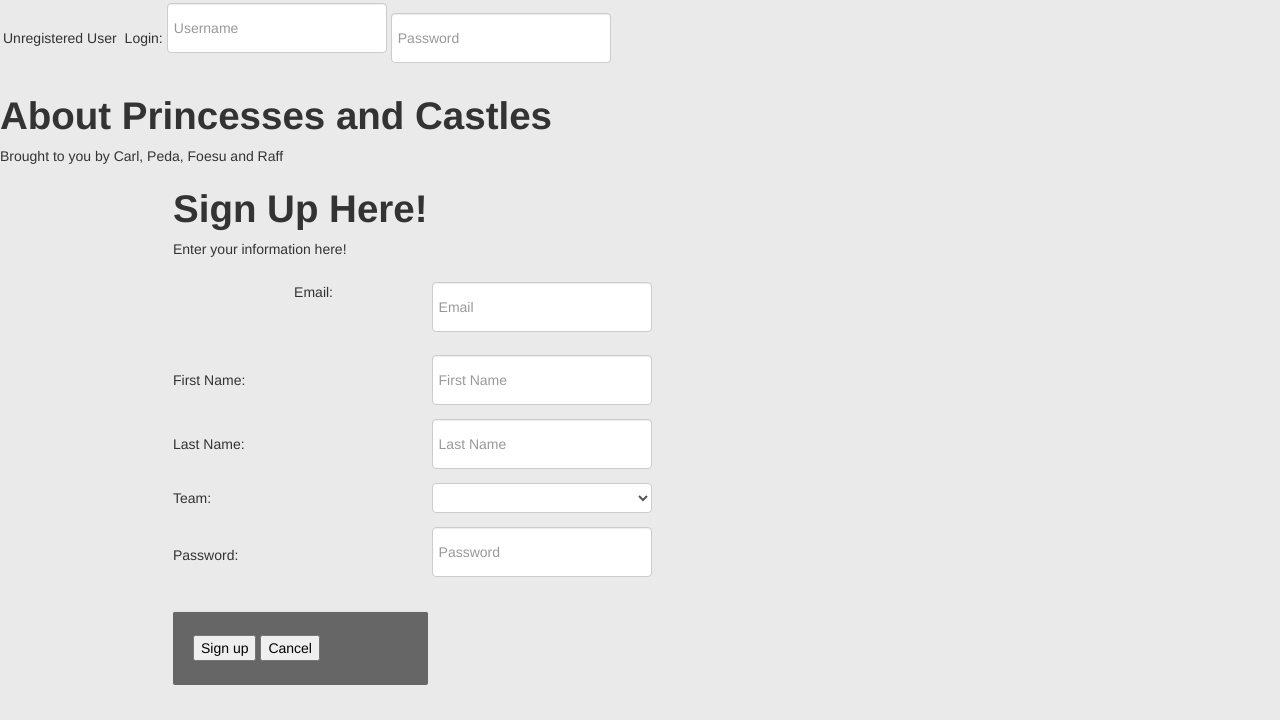
Repository: ese-unibe-ch/ese2014-team2
Page: http://localhost/Skeleton/pages/register.jsp
These files come from the project's save history. The page is drawn as it stood at one moment and after the next save; the edit follows.
The browser window is 1280 px wide. The pictures show the whole page.
Some web libraries are served in a nearby version. The page is served by Tomcat 9. Nobody is signed in. The application's start-up code is not run. Other server files are loaded and not shown. The template is opened directly, without the code that normally fills it, so the values that code supplies are empty.

Above is the page before, as saved 2014-10-16 11:31:07.
Console error (its wording comes from the project's code and is left out).

### Skeleton/src/main/webapp/pages/register.jsp
<%@ page language="java" pageEncoding="UTF-8" contentType="text/html;charset=utf-8" %>
<%@ taglib prefix="c" uri="http://java.sun.com/jsp/jstl/core" %>
<%@ taglib prefix="form" uri="http://www.springframework.org/tags/form" %>
<%@ taglib prefix="spring" uri="http://www.springframework.org/tags" %>


<c:import url="template/header.jsp" />


<div class="main">
<table class="signupform">
	<tr>
		<td><h1>Sign Up Here!</h1>
			<p>Enter your information here!</p>
		<td>
	</td>
	<tr>
		<td><form:form method="post" modelAttribute="signupForm" action="create" id="signupForm" cssClass="form-horizontal"  autocomplete="off">
    			<fieldset>


        				<c:set var="emailErrors"><form:errors path="email"/></c:set>
        					<div class="control-group<c:if test="${not empty emailErrors}"> error</c:if>">
           						 <label class="control-label" for="field-email">Email:</label>
		<td><div class="controls">
                	<form:input path="email" id="field-email" tabindex="1" maxlength="45" placeholder="Email"/>
                	<form:errors path="email" cssClass="help-inline" element="span"/>
            	</div>
	</td>
	<tr>
		<td><c:set var="firstNameErrors"><form:errors path="firstName"/></c:set>
        		<div class="control-group<c:if test="${not empty firstNameErrors}"> error</c:if>">
            		<label class="control-label" for="field-firstName">First Name:</label>
		<td><div class="controls">
                <form:input path="firstName" id="field-firstName" tabindex="2" maxlength="35" placeholder="First Name"/>
                <form:errors path="firstName" cssClass="help-inline" element="span"/>
            </div>
        </div>
	</td>
	<tr>
		<td><c:set var="lastNameErrors"><form:errors path="lastName"/></c:set>
        <div class="control-group<c:if test="${not empty lastNameErrors}"> error</c:if>">
            <label class="control-label" for="field-lastName">Last Name:</label>
		<td><div class="controls">
                <form:input path="lastName" id="field-lastName" tabindex="3" maxlength="35" placeholder="Last Name"/>
                <form:errors path="lastName" cssClass="help-inline" element="span"/>
            </div>
        </div>
	</td>
	<tr>
		<td><label class="control-label" for="field-teamList">Team:</label>
        <div class="control-group">
		<td><form:select path="teamName">
     			<c:forEach items="${teams}" var="teams">
      				<option value="${teams.teamName}">
      				 	<c:out value="${teams.teamName}" />
      				</option>
     			</c:forEach>
    		</form:select>
   		</div>
	</td>
	<tr>
		<td><div class="control-label">
   			<label class="control-label" for="field-password">Password:</label>
		<td>	<form:password path="password" id="field-password" tabindex="4" maxlength="35" placeholder="Password"/>
   		</div>
	</td>
	<tr>
		<td><div class="form-actions">
            <button type="submit" class="btnblue">Sign up</button>
            <button type="button" class="btnred">Cancel</button>
        </div>
    </fieldset>
</form:form>
		<td>
	</td>

</table>



</div>





















	<c:if test="${page_error != null }">
        <div class="alert alert-error">
            <button type="button" class="close" data-dismiss="alert">&times;</button>
            <h4>Error!</h4>
                ${page_error}
        </div>
    </c:if>


<c:import url="template/footer.jsp" />

### Skeleton/src/main/webapp/pages/template/header.jsp
<!DOCTYPE html>
<html lang="en">
<head>

    	<meta charset="utf-8">

    	<title>About Princesses and Castles</title>

    	<link rel="stylesheet" type="text/css" href="css/stylesheet.css" media="all"/>
    	<script type="text/javascript"  src="dn.com/bootstrap/3.2.0/js/bootstrap.min.js"></script>
    	<script type="text/javascript" src="http://code.jquery.com/jquery-2.1.1.min.js"></script>

    	<!-- HTML5 shim, for IE6-8 support of HTML5 elements -->
    	<!--[if lt IE 9]>
    	<script src="http://html5shim.googlecode.com/svn/trunk/html5.js"></script>
    	<![endif]-->
<!--   WASTE!
    	<style>
        	body {
         	   padding-top: 60px; /* 60px to make the container go all the way to the bottom of the topbar */
        	}
    	</style>
    -->
</head>
<body>
<div id="loginbar">
	<table>
		<tr>
			<td><p>Unregistered User</p>
			<td>
			<td><p>Login:</p>
			<td><form action="login.jsp" method="POST">
					<input type="text" path="username" id="field-username" tabindex="1" maxlength="35" placeholder="Username"/>
			<td>	<input type="password" path="password" id="field-username" tabindex="2" maxlength="35" placeholder="Password"/>
				</form>
	</table>




</div>
<div id="header">
	<div id="header_wrapper">
		<title>About Princesses and Castles</title>
		<h1>About Princesses and Castles</h1>
    	<p>Brought to you by Carl, Peda, Foesu and Raff</p>
    </div>
</div>	<!--  END OF #header -->



<div id="container_background">
	<div class="container">

### Skeleton/src/main/webapp/pages/template/footer.jsp
	</div> <!-- END OF CONTAINER -->
</div> <!--  END OF CONTAINER_BACKGROUND -->
<div id="push"></div>
<div id="footer_wrapper">
	<div id="footer">
		<div id="socialmedia">
					<table>
						<tr>
							<td><a href="http://www.facebook.com" target="_blank"><div id="facebook"></div></a></td>
							<td><a href="http://www.twitter.com" target="_blank"><div id="twitter"></div></a></td>
							<td><a href="http://www.plus.google.com" target="_blank"><div id="gplus"></div></a></td>
							<td><a href="" target="_blank"><div id="rss"></div></a></td>
						</tr>
					</table>
			</div>
	</div>
</div>
</body>
</html>

Loaded but not shown: Skeleton/src/main/webapp/js/bootstrap.min.js (library); Skeleton/src/main/webapp/css/stylesheet.css (2278 lines, source omitted)

After the next save:
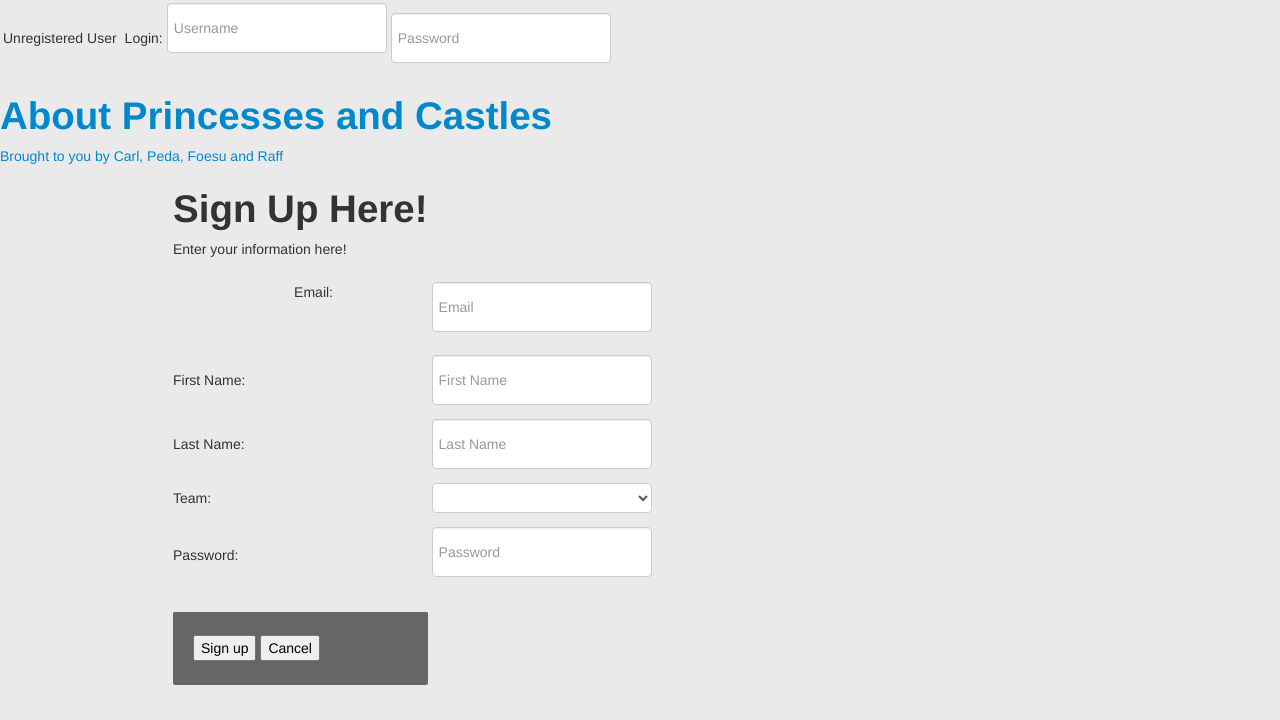
Saved 46 s later.
--- a/Skeleton/src/main/webapp/pages/template/header.jsp
+++ b/Skeleton/src/main/webapp/pages/template/header.jsp
@@ -23,6 +23,7 @@
     -->
 </head>
 <body>
+
 <div id="loginbar">
 	<table>
 		<tr>
@@ -39,6 +40,7 @@
 
 
 </div>
+<a href="index">
 <div id="header">
 	<div id="header_wrapper">
 		<title>About Princesses and Castles</title>
@@ -46,7 +48,7 @@
     	<p>Brought to you by Carl, Peda, Foesu and Raff</p>
     </div>
 </div>	<!--  END OF #header -->
-
+</a>
 
 
 <div id="container_background">
